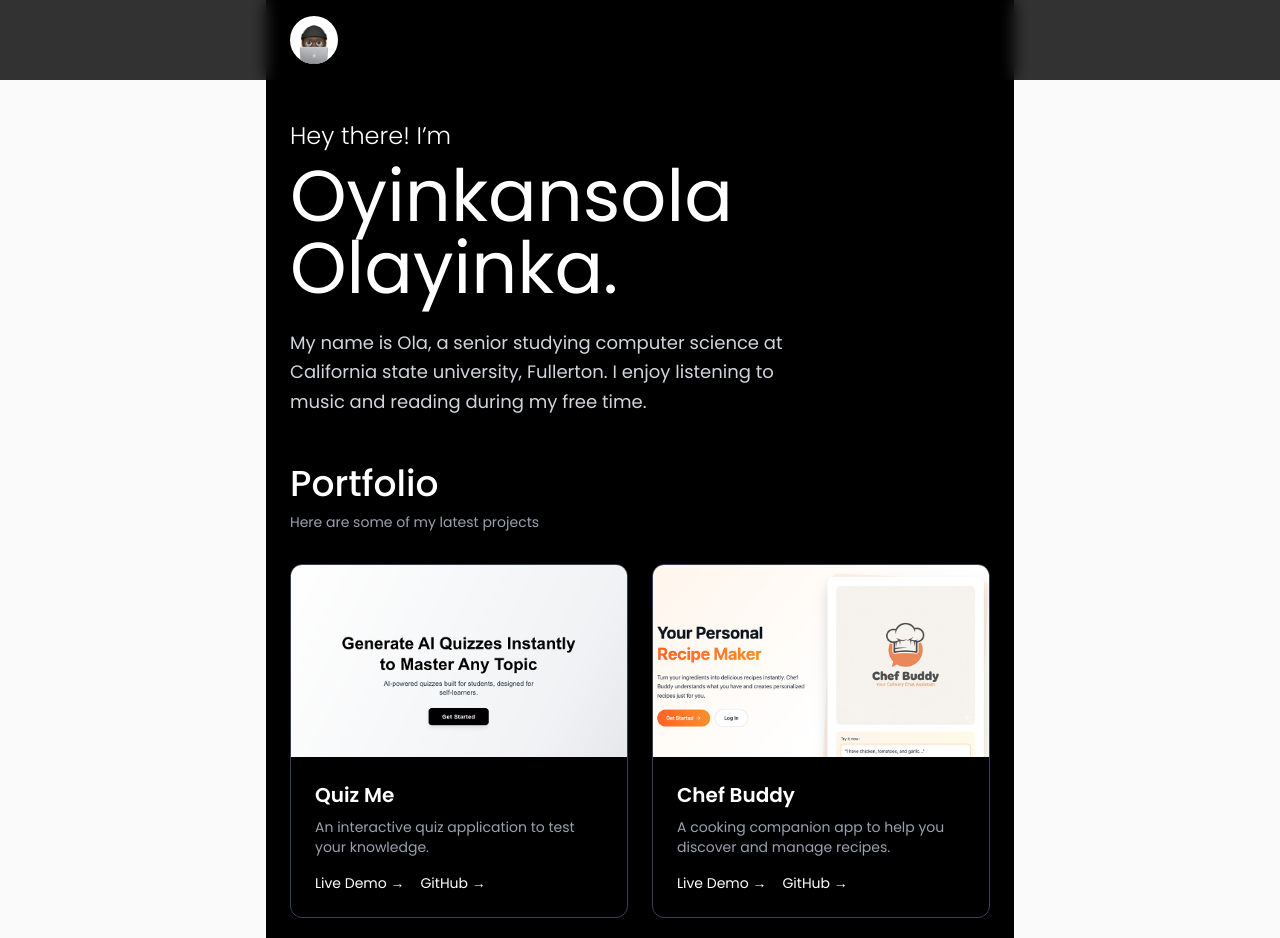
Repository: olasores/olasores-portfolio
Page: /
These files come from the project's save history. The page is drawn as it stood at one moment and after a run of saves; the edit follows.
The browser window is 1280 px wide. The pictures show the whole page.
The project was rebuilt for these pictures with package versions that can differ from the ones it lists, and the page was loaded fresh each time. The framework's server and built-in components were replaced by stand-ins that run in the browser. Also part of the build but not shown: next.config.ts.

Above is the page before, as saved 2025-11-11 13:08:36.

### app/layout.tsx
import type { Metadata } from "next";
import { Poppins } from "next/font/google";
import "./globals.css";
import Navbar from "./components/Navbar";

const poppins = Poppins({
  variable: "--font-poppins",
  weight: ["300", "400", "500", "600", "700"],
  subsets: ["latin"],
});

export const metadata: Metadata = {
  title: "Create Next App",
  description: "Generated by create next app",
  icons: {
    icon: "/assets/olaimg2.webp",
  },
};

export default function RootLayout({
  children,
}: Readonly<{
  children: React.ReactNode;
}>) {
  return (
    <html lang="en">
      <body
        className={`${poppins.variable} antialiased`}
      >
        <Navbar />
        {children}
      </body>
    </html>
  );
}

### app/page.tsx
import HomeSection from "./components/HomeSection";

export default function Home() {
  return (

    <div className="flex min-h-screen items-center justify-center bg-zinc-50 font-sans dark:bg-black top-20">
      <HomeSection />

    </div>
  );
}

### app/globals.css
@import "tailwindcss";

* {
  font-family: 'Poppins', sans-serif;
}

:root {
  --background: #ffffff;
  --foreground: #171717;
}

@media (prefers-color-scheme: dark) {
  :root {
    --background: #0a0a0a;
    --foreground: #ededed;
  }
}

body {
  background: var(--background);
  color: var(--foreground);
}

### app/components/Navbar.tsx
export default function Navbar() {
    return (
        <nav className="fixed top-0 left-0 right-0 bg-black/80 backdrop-blur-sm px-6 py-4 z-50 flex justify-center">
            <div className="max-w-[700px] w-full flex items-center justify-between">
                {/* Logo */}
                <div className="relative w-12 h-12 rounded-full bg-white overflow-hidden flex items-center justify-center">
                    <img
                        src="/assets/olaimg2.webp"
                        alt="Oyinkansola Olayinka Logo"
                        className="w-full h-full object-cover"
                    />
                </div>

                {/* Links */}
                {/* <div className="flex gap-8 text-white">
                    <a href="#" className="hover:text-gray-400 transition">
                        Github ↗
                    </a>
                    <a href="#" className="hover:text-gray-400 transition">
                        linkedin ↗
                    </a>
                    <a href="#" className="hover:text-gray-400 transition">
                        Resume ↗
                    </a>
                </div> */}
            </div>
        </nav>
    );
}

### app/components/HomeSection.tsx
import Portfolio from "./Portfolio";
export default function HomeSection() {
    return (
        <div className="flex min-h-screen justify-center bg-black font-sans dark:bg-black px-6 py-5 pt-10 md:pt-30">
            <div className="max-w-[700px] w-full flex flex-col gap-12">
                {/* Text content */}
                <div className="flex flex-col gap-6 items-center md:items-start">
                    <div>
                        <h2 className="text-xl md:text-2xl font-light text-white mb-2">
                            Hey there! I&rsquo;m
                        </h2>
                        <h1 className="text-5xl md:text-7xl  text-white">
                            Oyinkansola Olayinka.
                        </h1>
                    </div>

                    <p className="text-base md:text-lg text-gray-300 leading-relaxed max-w-lg">
                        My name is Ola, a senior studying computer science at California state university, Fullerton. I enjoy listening to music and reading during my free time.
                    </p>

                    {/* Links */}
                    {/* <div className="flex gap-6 text-lg md:text-xl text-white">
                        <a href="#" className="hover:text-gray-400 transition">
                            Github ↗
                        </a>
                        <a href="#" className="hover:text-gray-400 transition">
                            linkedin ↗
                        </a>
                        <a href="#" className="hover:text-gray-400 transition">
                            Resume ↗
                        </a>
                    </div> */}

                </div>
                <Portfolio />

            </div>
        </div>
    );
}

### app/components/Portfolio.tsx
export default function Portfolio() {
    return (
        <div className="flex justify-center bg-black font-sans dark:bg-black ">
            <div className="max-w-[700px] w-full flex flex-col gap-8">
                {/* Section Title */}
                <div>
                    <h2 className="text-3xl md:text-4xl font-medium text-white mb-2">
                        Portfolio
                    </h2>
                    <p className="text-gray-400 text-sm">
                        Here are some of my latest projects
                    </p>
                </div>

                {/* Projects Grid */}
                <div className="grid grid-cols-1 md:grid-cols-2 gap-6">
                    {/* Quiz Me Project */}
                    <div className="border border-gray-700 rounded-xl overflow-hidden hover:border-gray-500 transition flex flex-col">
                        {/* Project Image */}
                        <div className="w-full h-48 bg-gray-800 overflow-hidden">
                            <img
                                src="/assets/quizzy.png"
                                alt="Quiz Me Project"
                                className="w-full h-full object-cover"
                            />
                        </div>

                        {/* Project Details */}
                        <div className="p-6 flex flex-col gap-4 flex-1">
                            <div>
                                <h3 className="text-xl font-semibold text-white mb-2">
                                    Quiz Me
                                </h3>
                                <p className="text-gray-400 text-sm">
                                    An interactive quiz application to test your knowledge.
                                </p>
                            </div>

                            {/* Links */}
                            <div className="flex gap-4 text-sm mt-auto">
                                <a
                                    href="https://quiz-me-sandy.vercel.app/"
                                    target="_blank"
                                    rel="noopener noreferrer"
                                    className="text-white hover:text-gray-300 transition"
                                >
                                    Live Demo →
                                </a>
                                <a
                                    href="#"
                                    className="text-white hover:text-gray-300 transition"
                                >
                                    GitHub →
                                </a>
                            </div>
                        </div>
                    </div>

                    {/* Project Card 2 - Chef Buddy */}
                    <div className="border border-gray-700 rounded-xl overflow-hidden hover:border-gray-500 transition flex flex-col">
                        {/* Project Image */}
                        <div className="w-full h-48 bg-gray-800 overflow-hidden">
                            <img
                                src="/assets/chef.png"
                                alt="Chef Buddy Project"
                                className="w-full h-full object-cover"
                            />
                        </div>

                        {/* Project Details */}
                        <div className="p-6 flex flex-col gap-4 flex-1">
                            <div>
                                <h3 className="text-xl font-semibold text-white mb-2">
                                    Chef Buddy
                                </h3>
                                <p className="text-gray-400 text-sm">
                                    A cooking companion app to help you discover and manage recipes.
                                </p>
                            </div>

                            {/* Links */}
                            <div className="flex gap-4 text-sm mt-auto">
                                <a
                                    href="https://chef-buddy-rouge.vercel.app/"
                                    target="_blank"
                                    rel="noopener noreferrer"
                                    className="text-white hover:text-gray-300 transition"
                                >
                                    Live Demo →
                                </a>
                                <a
                                    href="#"
                                    className="text-white hover:text-gray-300 transition"
                                >
                                    GitHub →
                                </a>
                            </div>
                        </div>
                    </div>
                </div>
            </div>
        </div>
    );
}

After the next 3 saves:
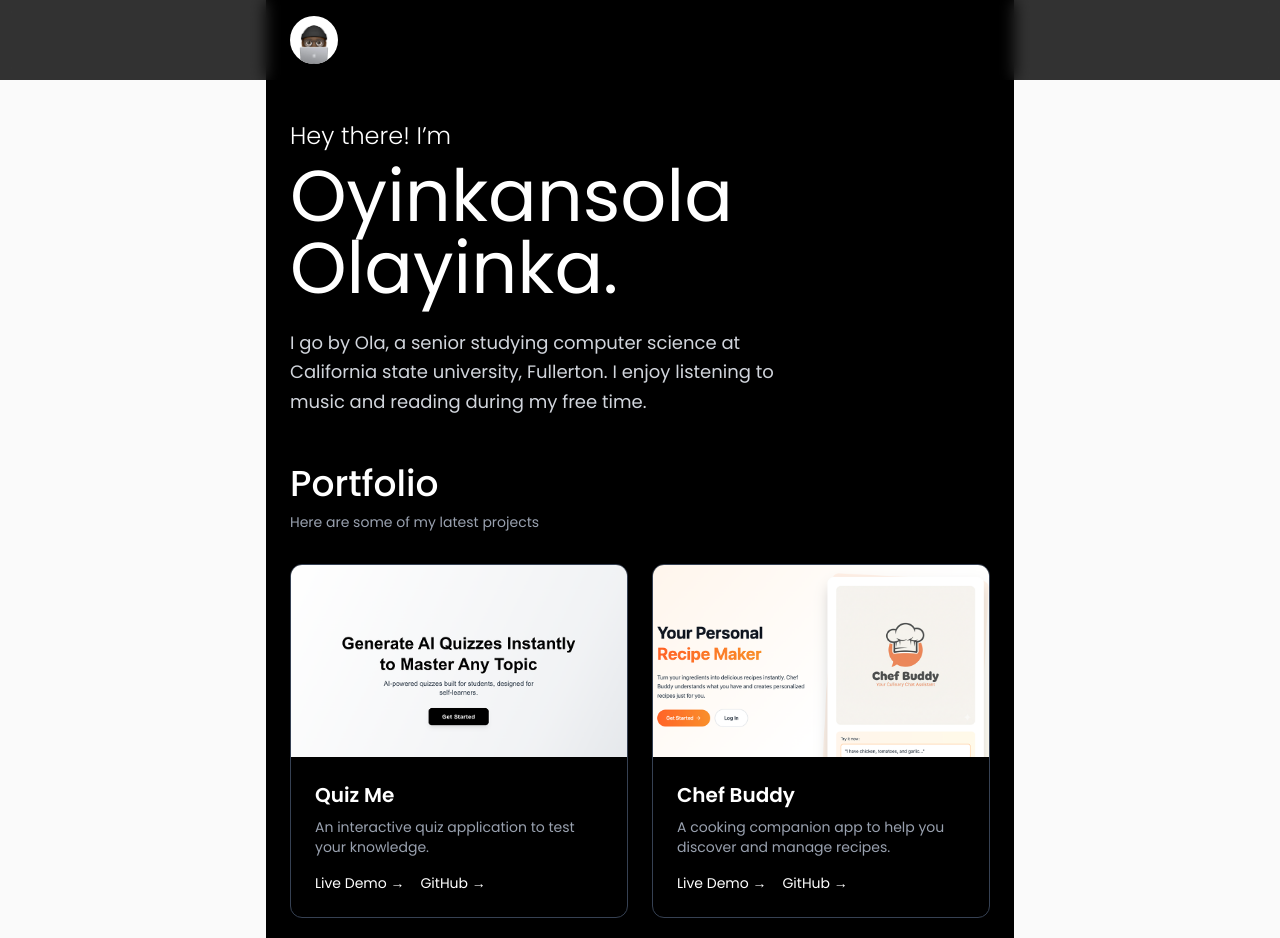
The 3 saves are shown as one change because they came seconds apart.
The last was saved 29 s later.
--- a/app/components/HomeSection.tsx
+++ b/app/components/HomeSection.tsx
@@ -15,7 +15,7 @@ export default function HomeSection() {
                     </div>
 
                     <p className="text-base md:text-lg text-gray-300 leading-relaxed max-w-lg">
-                        My name is Ola, a senior studying computer science at California state university, Fullerton. I enjoy listening to music and reading during my free time.
+                        I go by Ola, a senior studying computer science at California state university, Fullerton. I enjoy listening to music and reading during my free time.
                     </p>
 
                     {/* Links */}
